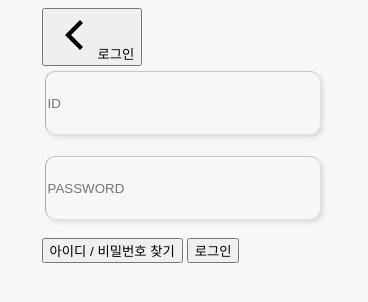
Repository: PEPI-dev/UI
Page: login/login.html
These files come from the project's save history. The page is drawn as it stood at one moment and after the next save; the edit follows.
The browser window is 360 px wide. The page is 368 px wide, so the pictures cover 368 px, including what lies to the right of the window. The pictures show the whole page.

Above is the page before, as saved 2023-12-04 15:12:59.

### login/login.html
<!DOCTYPE html>
<html lang="en">
<head>
    <meta charset="UTF-8">
    <meta name="viewport" content="width=device-width, initial-scale=1.0">
    <title>Login</title>
    <link rel="stylesheet" href="./login.css">
</head>
<body>

    </div>
    <form action="#">
        <button id="back"><img src="../a_icon/back.png">로그인</img></button>
        <p class="input_form"><input class="field" id="ID" placeholder="ID"></input></p>
        <p class="input_form"><input class="field" id="password" type="password" placeholder="PASSWORD"></input></p>
        <button class="text_btn">아이디 / 비밀번호 찾기</button>
        <button id="login_btn">로그인</button>
    </form>

</body>
</html>

### login/login.css
@font-face {
    font-family: 'main_font';
    src: url(../a_font/SOYO_maple_font/soyo_ttf/SOYO\ Maple\ Regular.ttf);
    font-weight: 500;
}

@font-face {
    font-family: 'sub_font';
    src: url(../a_font/NPSfont_regular.ttf);
}

h3{
    margin-bottom: 10px;
    margin-right: 12px;
}

body{
    width: 100%;
    background-color: #F7F7F9;
    display: flex;
    flex-direction: column;
    align-items: center;
}

#logo{
    font-family: 'main_font';
}

.input_form {
    padding: 3px;
    margin-top: 2px;
    margin-right: 12px;
}

.field {
    width: 270px;
    height: 60px;
    border-radius: 10px;
    box-shadow: 3px 3px 5px rgba(0, 0, 0, 0.12);
    background-color: #F7F7F9;
    border-width: 0;
    outline: none;
    border: none;
    border-top: 0.5px solid rgba(0, 0, 0, 0.2);
    border-left: 0.5px solid rgba(0, 0, 0, 0.3);
}

@media screen and (max-width: 360px) {
    body {
        height: auto;
    }


}

After the next save:
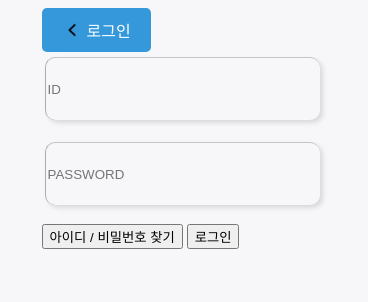
Saved 119 s later.
--- a/login/login.css
+++ b/login/login.css
@@ -50,5 +50,23 @@
         height: auto;
     }
 
+    #back {
+        background-color: #3498db;
+        color: #ffffff;
+        padding: 10px 20px;
+        font-size: 16px;
+        border: none;
+        border-radius: 5px;
+        cursor: pointer;
+        display: flex;
+        align-items: center; /* Center items vertically */
+    }
+
+    #back img {
+        width: 20px; /* Adjust the width of the image as needed */
+        height: 20px; /* Adjust the height of the image as needed */
+        margin-right: 5px; /* Optional: Add spacing between the image and text */
+    }
+
 
 }
